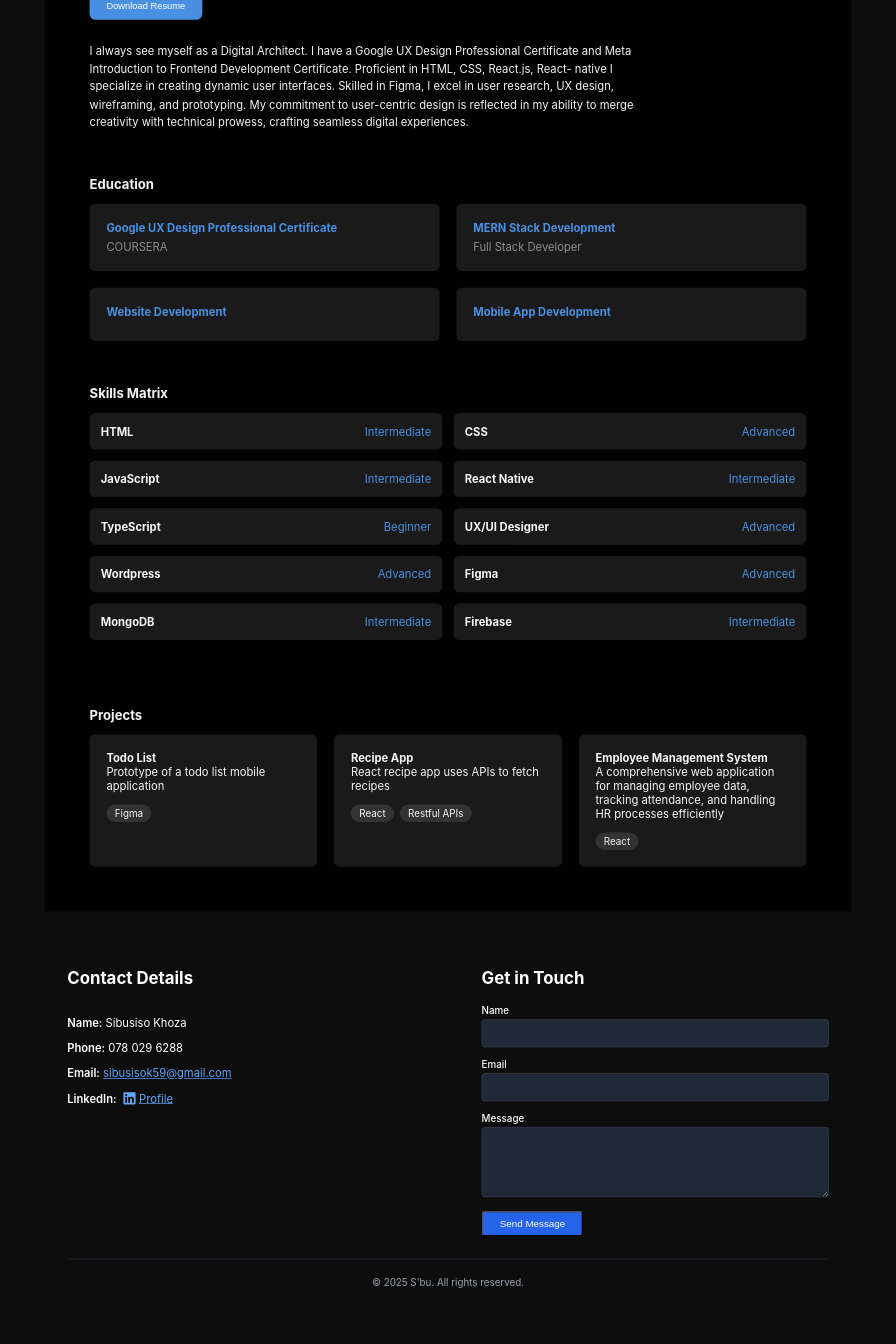
Repository: SbuKhoza/portfolio
Page: /
An editor plug-in stored every save of this project. The page is shown before and after a run of saves, followed by the edit.
The browser window is 1280 px wide. The pictures show the part of the page from y = 653 to 2573 px (the page is 2573 px tall), at 70% of full size.
The project was rebuilt for these pictures with package versions that can differ from the ones it lists, and the page was loaded fresh each time. Also part of the build but not shown: src/pages/About.js, src/pages/Portfolio.js. Imported but missing from the stored project, and not drawn on this page: src/assets/SibusisoKhozaResume.pdf.

Above is the page before, as saved 2025-02-06 14:25:17.

### src/pages/Home.js
import React from 'react'
// import Navbar from '../components/Navbar'
import Bodysection from '../components/Bodysection'
import './Home.css';
import Footer from '../components/Footer';


function Home() {
  return (
    <div className='maincontainer'>

        <Bodysection/>
        <Footer/>

    </div>
  )
}

export default Home

### src/components/Navbar.js
import React, { useState } from 'react';
import { Link } from 'react-router-dom';
import './Nav.css';

function Navbar() {
  const [isMenuOpen, setIsMenuOpen] = useState(false);

  const toggleMenu = () => {
    setIsMenuOpen(!isMenuOpen);
  };

  return (
    <div className='navbar'>
      <nav>
        <div className='logo'>
          <img src='logo.png' alt='My Logo' />
        </div>

        <div className='menu-icon' onClick={toggleMenu}>
          {isMenuOpen ? '✕' : '☰'}
        </div>

        <ul className={`links ${isMenuOpen ? 'active' : ''}`}>
          <li><Link to="/" onClick={() => setIsMenuOpen(false)}>Home</Link></li>
          {/* <li><Link to="/about" onClick={() => setIsMenuOpen(false)}>About</Link></li> */}
          <li><Link to="/portfolio" onClick={() => setIsMenuOpen(false)}>Portfolio</Link></li>
        </ul>

        <div className='contact'>
          Contact
        </div>
      </nav>
    </div>
  );
}

export default Navbar;

### src/App.css
body {

  background-color: #0d0d0d;

}

### src/components/Bodysection.js
import React from 'react';
import './Body.css';
import profileImage from '../assets/Sibusiso.png';

function Bodysection() {
  const handleDownloadResume = () => {
    const resumeContent = `
      S'bu - Fullstack Web & Mobile Developer

      EDUCATION
      - Google UX Design Professional Certificate (COURSERA)
      - MERN Stack Developer
      - Website Developer
      - Mobile App Developer

      SKILLS
      Design Tools: Figma, Design Thinking, UX Research, Wireframing, Prototyping
      Development: HTML, CSS, JavaScript, React.js, React Native, MongoDB, Firebase
      Specialties: UX Designer, Website Developer, Mobile and WebApp Developer
    `;

    const blob = new Blob([resumeContent], { type: 'text/plain' });
    const url = window.URL.createObjectURL(blob);
    const link = document.createElement('a');
    link.href = url;
    link.download = 'SibusisoKhozaResume.pdf';
    document.body.appendChild(link);
    link.click();
    document.body.removeChild(link);
    window.URL.revokeObjectURL(url);
  };

  return (
    <div className="container">
      <div className="typography">

        <div className='top-row'>
          <div className="text-content">
            <div className="text-content-wrapper">
              <span id="greeting">Hello,</span>
              <h1 id="myname">I'm S'bu</h1>
              <h2 id="j-title">Fullstack Web & Mobile Developer</h2>
            </div>
          </div>

          <div className="picture">
            <img
              src={profileImage}
              alt="Profile"
              className="profileimage"
            />
          </div>
        </div>

        <button className="download-btn" onClick={handleDownloadResume}>
          Download Resume
        </button>

        <p className="bio-text">
          I always see myself as a Digital Architect. I have a
          Google UX Design Professional Certificate and
          Meta Introduction to Frontend Development
          Certificate. Proficient in HTML, CSS, React.js, React-
          native I specialize in creating dynamic user
          interfaces. Skilled in Figma, I excel in user research,
          UX design, wireframing, and prototyping. My
          commitment to user-centric design is reflected in
          my ability to merge creativity with technical
          prowess, crafting seamless digital experiences.
        </p>

        <div className="education-section">
          <h3>Education</h3>
          <div className="education-grid">
            <div className="education-item">
              <h4>Google UX Design Professional Certificate</h4>
              <p>COURSERA</p>
            </div>
            <div className="education-item">
              <h4>MERN Stack Development</h4>
              <p>Full Stack Developer</p>
            </div>
            <div className="education-item">
              <h4>Website Development</h4>
            </div>
            <div className="education-item">
              <h4>Mobile App Development</h4>
            </div>
          </div>
        </div>

      </div>

      <div className="content-row">
        <div className="skills-section">
          <h3>Skills Matrix</h3>
          <div className="skills-grid">
            {[
              { skill: 'HTML', level: 'Intermediate' },
              { skill: 'CSS', level: 'Advanced' },
              { skill: 'JavaScript', level: 'Intermediate' },
              { skill: 'React Native', level: 'Intermediate' },
              { skill: 'TypeScript', level: 'Beginner' },
              { skill: 'UX/UI Designer', level: 'Advanced' },
              { skill: 'Wordpress', level: 'Advanced' },
              { skill: 'Figma', level: 'Advanced' },
              { skill: 'MongoDB', level: 'Intermediate' },
              { skill: 'Firebase', level: 'Intermediate' }
            ].map((item, index) => (
              <div key={index} className="skill-item">
                <span className="skill-name">{item.skill}</span>
                <span className="skill-level">{item.level}</span>
              </div>
            ))}
          </div>
        </div>

        <div className="projects-section">
          <h3>Projects</h3>
          <div className="projects-grid">
            {[
              {
                title: 'Todo List',
                description: 'Prototype of a todo list mobile application',
                techStack: ['Figma']
              },
              {
                title: 'Recipe App',
                description: 'React recipe app uses APIs to fetch recipes',
                techStack: ['React', 'Restful APIs']
              },
              {
                title: 'Employee Management System',
                description: 'A comprehensive web application for managing employee data, tracking attendance, and handling HR processes efficiently',
                techStack: ['React']
              }
            ].map((project) => (
              <div key={project.title} className="project-card">
                <h4>{project.title}</h4>
                <p>{project.description}</p>
                <div className="tech-stack">
                  {project.techStack.map((tech, index) => (
                    <span key={index}>{tech}</span>
                  ))}
                </div>
              </div>
            ))}
          </div>
        </div>
      </div>
    </div>
  );
}

export default Bodysection;

### src/pages/Home.css
.maincontainer {
    padding-top: 4rem;
    display: flex;
    flex-direction: column;
    justify-content: center;
    width: 100%;

}

### src/components/Footer.js
import React, { useState } from 'react';
import { FaLinkedin } from 'react-icons/fa';
import './Footer.css';

function Footer() {
  const [formData, setFormData] = useState({
    name: '',
    email: '',
    message: ''
  });

  const handleChange = (e) => {
    setFormData({
      ...formData,
      [e.target.name]: e.target.value
    });
  };

  const handleSubmit = (e) => {
    e.preventDefault();
    // Handle form submission logic here
    console.log('Form submitted:', formData);
  };

  return (
    <footer className="footer">
      <div className="footer-container">
        <div className="footer-grid">
          {/* Contact Details Section */}
          <div className="contact-details">
            <h2 className="section-title">Contact Details</h2>
            <div className="contact-info">
              <p><span className="label">Name:</span> Sibusiso Khoza</p>
              <p><span className="label">Phone:</span> 078 029 6288</p>
              <p><span className="label">Email:</span> <a href="mailto:sibusisok59@gmail.com" className="link">sibusisok59@gmail.com</a></p>
              <div className="social-link">
                <span className="label">LinkedIn:</span>
                <a
                  href="https://linkedin.com/in/your-profile"
                  target="_blank"
                  rel="noopener noreferrer"
                  className="link social-icon"
                >
                  <FaLinkedin className="icon" />
                  Profile
                </a>
              </div>
            </div>
          </div>

          {/* Contact Form Section */}
          <div className="contact-form">
            <h2 className="section-title">Get in Touch</h2>
            <form onSubmit={handleSubmit}>
              <div className="form-group">
                <label htmlFor="name" className="form-label">
                  Name
                </label>
                <input
                  type="text"
                  id="name"
                  name="name"
                  value={formData.name}
                  onChange={handleChange}
                  required
                  className="form-input"
                />
              </div>

              <div className="form-group">
                <label htmlFor="email" className="form-label">
                  Email
                </label>
                <input
                  type="email"
                  id="email"
                  name="email"
                  value={formData.email}
                  onChange={handleChange}
                  required
                  className="form-input"
                />
              </div>

              <div className="form-group">
                <label htmlFor="message" className="form-label">
                  Message
                </label>
                <textarea
                  id="message"
                  name="message"
                  value={formData.message}
                  onChange={handleChange}
                  required
                  rows="4"
                  className="form-input"
                ></textarea>
              </div>

              <button type="submit" className="submit-button">
                Send Message
              </button>
            </form>
          </div>
        </div>

        <div className="footer-copyright">
          <p>&copy; {new Date().getFullYear()} S'bu. All rights reserved.</p>
        </div>
      </div>
    </footer>
  );
}

export default Footer;

### src/components/Body.css
.container {
    display: flex;
    flex-wrap: wrap;
    width: 90%;
    justify-content: space-between;
    background-color: #020202;
    min-height: 100vh;
    margin: 0 auto;
    padding: 2rem;
    align-items: flex-start;
}

.typography {
    display: flex;
    flex-direction: column;
    width: 100%;
    justify-content: flex-start;
    align-items: flex-start;
    color: whitesmoke;
    padding: 2rem;
}

.top-row {
    display: flex;
    width: 100%;
    justify-content: space-between;
    align-items: center;
    margin-bottom: 2rem;
    gap: 2rem;
}

.text-content {
    flex: 1;
    display: flex;
    flex-direction: column;
    align-items: flex-start;
    justify-content: center;
    padding-right: 2rem;
}

.text-content-wrapper {
    max-width: 600px;
}

.content-row {
    width: 100%;
    display: flex;
    flex-direction: column;
    gap: 2rem;
    padding: 0 2rem;
    color: whitesmoke;
    align-items: flex-start;
    justify-content: flex-start;
}

#greeting {
    font-size: 2rem;
    color: whitesmoke;
    margin-bottom: 0.5rem;
    display: block;
    line-height: 1.2;
}

#myname {
    font-size: 5rem;
    margin: 0.5rem 0;
    font-weight: bold;
    line-height: 1.1;
}

#j-title {
    font-size: 3rem;
    margin-top: 0.5rem;
    line-height: 1.2;
    color: #4a90e2;
}

.picture {
    flex: 1;
    max-width: 450px;
    min-width: 300px;
    height: 450px;
    display: flex;
    align-items: center;
    justify-content: center;
    padding: 1rem;
}

.profileimage {
    width: 100%;
    height: 100%;
    object-fit: cover;
    border-radius: 50%
}

.bio-text {
    line-height: 1.6;
    margin-bottom: 2rem;
    max-width: 800px;
}

.skills-section {
    width: 100%;
    margin: 0rem 0 2rem;
}

.skills-grid {
    display: grid;
    grid-template-columns: repeat(2, 1fr);
    gap: 1rem;
    margin-top: 1rem;
}

.skill-item {
    background-color: #1a1a1a;
    padding: 1rem;
    border-radius: 8px;
    display: flex;
    justify-content: space-between;
    align-items: center;
}

.skill-name {
    font-weight: bold;
}

.skill-level {
    color: #4a90e2;
}

.projects-section {
    width: 100%;
    margin: 2rem 0;
}

.projects-grid {
    display: grid;
    grid-template-columns: repeat(auto-fit, minmax(250px, 1fr));
    gap: 1.5rem;
    margin-top: 1rem;
}

.project-card {
    background-color: #1a1a1a;
    padding: 1.5rem;
    border-radius: 8px;
    transition: transform 0.3s ease;
}

.project-card:hover {
    transform: translateY(-5px);
}

.tech-stack {
    display: flex;
    gap: 0.5rem;
    margin-top: 1rem;
}

.tech-stack span {
    background-color: #333;
    padding: 0.25rem 0.75rem;
    border-radius: 15px;
    font-size: 0.875rem;
}

.download-btn {
    background-color: #4a90e2;
    color: white;
    padding: 0.75rem 1.5rem;
    border: none;
    border-radius: 8px;
    cursor: pointer;
    margin: 2rem 0;
    transition: background-color 0.3s ease;
}

.download-btn:hover {
    background-color: #357abd;
}

.education-section {
    width: 100%;
    margin: 2rem 0;
}

.education-grid {
    display: grid;
    grid-template-columns: repeat(2, 1fr);
    gap: 1.5rem;
    margin-top: 1rem;
}

.education-item {
    background-color: #1a1a1a;
    padding: 1.5rem;
    border-radius: 8px;
}

.education-item h4 {
    color: #4a90e2;
    margin-bottom: 0.5rem;
}

.education-item p {
    color: #ffffff80;
}

/* Media Queries */
@media (max-width: 768px) {
    .container {
        flex-direction: column;
        width: 100%;
        padding: 1rem;
        margin-top: 4rem;
    }

    .top-row {
        flex-direction: column-reverse;
        align-items: center;
        text-align: center;
        gap: 2rem;
    }

    .text-content {
        padding-right: 0;
        align-items: center;
        text-align: center;
    }

    .text-content-wrapper {
        display: flex;
        flex-direction: column;
        align-items: center;
    }

    .typography {
        width: 100%;
        padding: 1rem;
        text-align: left;
    }

    .picture {
        width: 100%;
        max-width: 350px;
        height: 350px;
        padding: 0;
        margin-bottom: 1rem;
    }

    #myname {
        font-size: 3.5rem;
    }

    #j-title {
        font-size: 2rem;
        text-align: center;
    }

    #greeting {
        font-size: 1.5rem;
        text-align: center;
    }

    .education-grid {
        grid-template-columns: 1fr;
    }

    .education-item {
        padding: 1rem;
    }

    .skills-section {
        margin: 4rem 0 2rem;
    }

    .skills-grid {
        grid-template-columns: 1fr;
        gap: 0.75rem;
    }

    .projects-section {
        margin: 2rem 0;
        padding: 0 0.5rem;
    }

    .projects-grid {
        grid-template-columns: 1fr;
        gap: 1rem;
    }

    .project-card {
        margin: 0;
        padding: 1.25rem;
    }

    .tech-stack {
        flex-wrap: wrap;
        gap: 0.5rem;
    }

    .tech-stack span {
        font-size: 0.75rem;
        padding: 0.2rem 0.5rem;
    }

    .bio-text {
        text-align: center;
    }
}

/* Additional breakpoint for very small screens */
@media (max-width: 480px) {
    .container {
        padding: 0.5rem;
    }

    .typography {
        padding: 0.5rem;
    }

    .picture {
        max-width: 280px;
        height: 280px;
    }

    #myname {
        font-size: 2.5rem;
    }

    #j-title {
        font-size: 1.5rem;
    }

    .project-card {
        padding: 1rem;
    }
}

### src/components/Nav.css
* {
    margin: 0;
    padding: 0;
    box-sizing: border-box;
}

.navbar {
    display: flex;
    width: 100%;
    justify-content: center;
    background-color: #0d0d0d;
    position: absolute;
}

nav {
    display: flex;
    width: 90%;
    justify-content: space-between;
    align-items: center;
    padding-left: 2em;
    padding-right: 2em;
    padding-top: 1.5em;
    background-color: #020202;
}

.links {
    display: flex;
    gap: 2em;
    align-items: center;
    list-style: none;
}

.links a {
    text-decoration: none;
    color: whitesmoke;
    font-size: 1rem;
    transition: color 0.3s ease;
}

.links a:hover {
    color: rgb(49, 48, 61);
}

.logo {
    display: flex;
    align-items: center;
    width: 6%;
    height: auto;
}

.logo img {
    width: 100%;
    height: auto;
    object-fit: contain;
}

.contact {
    display: flex;
    justify-content: center;
    align-items: center;
    width: 15%;
    height: 45px;
    border-radius: 10px;
    background-color: whitesmoke;
    color: black;
    font-weight: bold;
    cursor: pointer;
    transition: background-color 0.3s ease;
}

.contact:hover {
    background-color: aqua;
}

.menu-icon {
    display: none;
    cursor: pointer;
    font-size: 1.5rem;
    color: whitesmoke;
}

/* Responsive Design */
@media (max-width: 768px) {
    nav {
        padding: 1em 2em;
    }

    .menu-icon {
        display: block;
        position: absolute;
        right: 2em;
        top: 1.5em;
    }

    .links {
        display: none;
        position: absolute;
        top: 100%;
        left: 0;
        width: 100%;
        background-color: #0d0d0d;
        padding: 1em 0;
        text-align: center;
        flex-direction: column;
        gap: 1em;
    }

    .links.active {
        display: flex;
    }

    .logo {
        width: 15%;
    }

    .contact {
        display: none;
    }
}

### src/components/Footer.css
.footer {
    background-color: #0d0d0d;
    color: white;
    padding: 2rem 1rem;
    width: 100%;
  }

  .footer-container {
    width: 100%;
    max-width: 72rem;
    margin: 0 auto;
    padding: 0 1rem;
  }

  .footer-grid {
    display: grid;
    gap: 2rem;
    grid-template-columns: 1fr;
  }

  .contact-details {
    display: flex;
    flex-direction: column;
    gap: 1rem;
  }

  .section-title {
    font-size: 1.25rem;
    font-weight: bold;
    margin-bottom: 1rem;
  }

  .contact-info {
    display: flex;
    flex-direction: column;
    gap: 0.75rem;
  }

  .label {
    font-weight: 600;
  }

  .link {
    color: #60A5FA;
    transition: color 0.3s;
    word-break: break-word; /* Prevent email overflow */
  }

  .link:hover {
    color: #93C5FD;
  }

  .social-link {
    display: flex;
    align-items: center;
    gap: 0.5rem;
    flex-wrap: wrap; /* Allow wrapping on very small screens */
  }

  .social-icon {
    display: flex;
    align-items: center;
  }

  .icon {
    width: 1.25rem;
    height: 1.25rem;
    margin-right: 0.25rem;
  }

  /* Form styles */
  .contact-form {
    display: flex;
    flex-direction: column;
    width: 100%;
  }

  .form-group {
    margin-bottom: 1rem;
  }

  .form-label {
    display: block;
    font-size: 0.875rem;
    font-weight: 500;
    margin-bottom: 0.25rem;
  }

  .form-input {
    width: 100%;
    padding: 0.5rem;
    border-radius: 0.25rem;
    background-color: #1F2937;
    border: 1px solid #374151;
    outline: none;
    font-size: 0.875rem;
  }

  .form-input:focus {
    border-color: #3B82F6;
  }

  textarea.form-input {
    min-height: 100px;
    resize: vertical;
  }

  .submit-button {
    background-color: #2563EB;
    color: white;
    padding: 0.5rem 1rem;
    border-radius: 0.25rem;
    transition: all 0.3s;
    font-size: 0.875rem;
    width: 100%; /* Full width on mobile */
  }

  .submit-button:hover {
    background-color: #1D4ED8;
  }

  .footer-copyright {
    margin-top: 2rem;
    padding-top: 1.5rem;
    border-top: 1px solid #1F2937;
    text-align: center;
    color: #9CA3AF;
    font-size: 0.875rem;
  }

  /* Small devices (landscape phones, 576px and up) */
  @media (min-width: 576px) {
    .footer {
      padding: 2.5rem 1.5rem;
    }

    .submit-button {
      width: auto; /* Reset button width */
      padding: 0.5rem 1.5rem;
    }
  }

  /* Medium devices (tablets, 768px and up) */
  @media (min-width: 768px) {
    .footer {
      padding: 3rem 2rem;
    }

    .footer-grid {
      grid-template-columns: repeat(2, 1fr);
      gap: 3rem;
    }

    .section-title {
      font-size: 1.5rem;
      margin-bottom: 1.5rem;
    }

    .form-input {
      padding: 0.625rem 1rem;
      font-size: 1rem;
    }
  }

  /* Large devices (desktops, 992px and up) */
  @media (min-width: 992px) {
    .footer {
      padding: 4rem 2rem;
    }

    .footer-grid {
      gap: 4rem;
    }

    .footer-container {
      padding: 0 2rem;
    }

    .contact-info {
      gap: 1rem;
    }
  }

  /* Extra large devices (large desktops, 1200px and up) */
  @media (min-width: 1200px) {
    .footer {
      padding: 5rem 2rem;
    }

    .footer-grid {
      gap: 6rem;
    }
  }

  /* Hover states - only apply on devices that support hover */
  @media (hover: hover) {
    .submit-button:hover {
      transform: translateY(-1px);
      box-shadow: 0 4px 6px rgba(0, 0, 0, 0.1);
    }

    .link:hover {
      text-decoration: underline;
    }
  }

  /* Dark mode support */
  @media (prefers-color-scheme: dark) {
    .form-input {
      background-color: #1F2937;
      border-color: #374151;
    }

    .form-input:focus {
      border-color: #3B82F6;
      box-shadow: 0 0 0 2px rgba(59, 130, 246, 0.1);
    }
  }

  /* Reduce motion if user prefers */
  @media (prefers-reduced-motion: reduce) {
    .submit-button, .link {
      transition: none;
    }
  }

  /* Print styles */
  @media print {
    .footer {
      background-color: white;
      color: black;
      padding: 1rem;
    }

    .submit-button {
      display: none;
    }

    .footer-copyright {
      border-top-color: #ddd;
    }
  }

Loaded but not shown: public/index.html (common file); src/index.js (common file); src/index.css (common file); src/App.js (common file); src/reportWebVitals.js (common file)

After the next 3 saves:
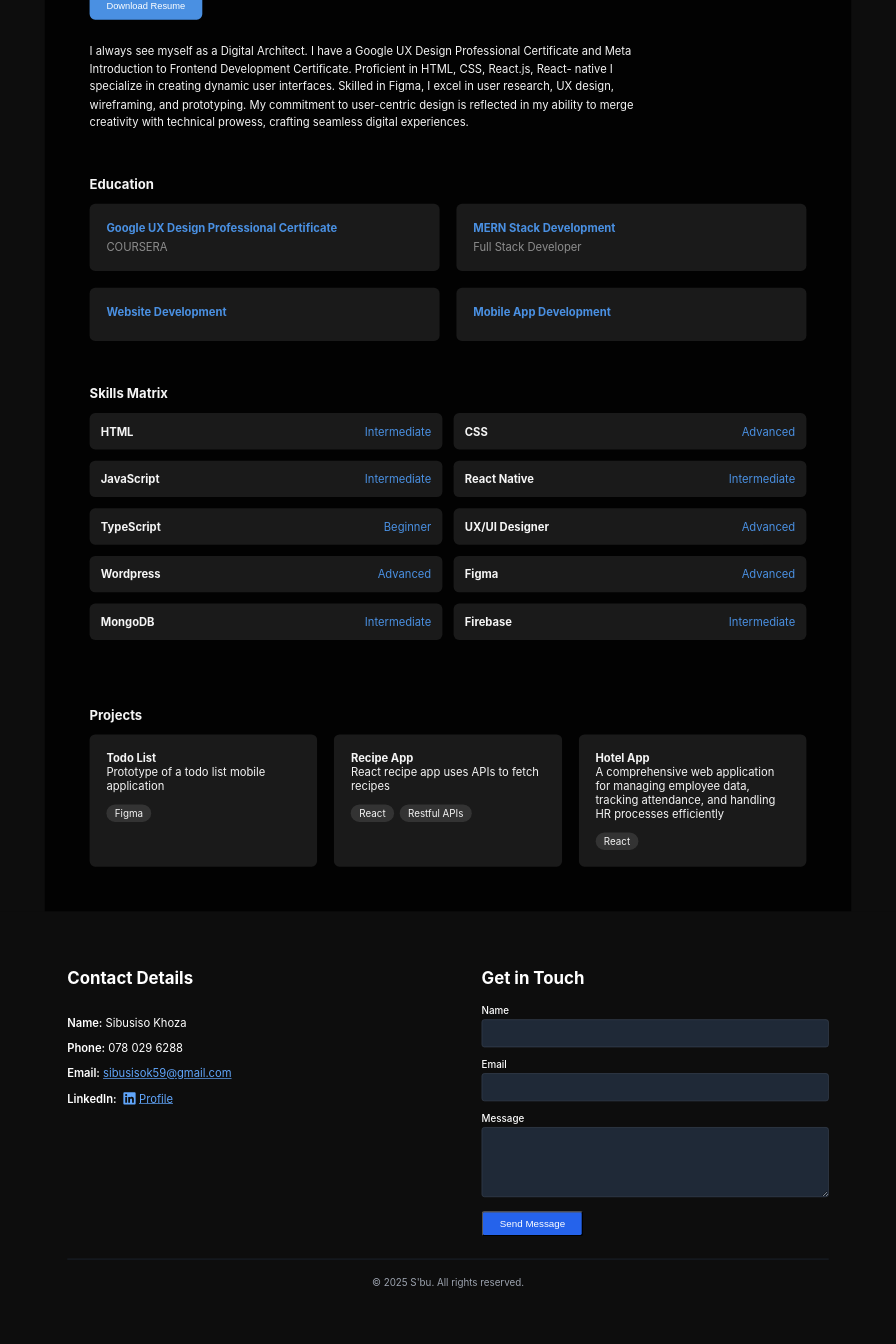
The 3 saves are shown as one change because they came seconds apart.
The last was saved 7 min 47 s later.
--- a/src/components/Bodysection.js
+++ b/src/components/Bodysection.js
@@ -130,7 +130,7 @@ function Bodysection() {
                 techStack: ['React', 'Restful APIs']
               },
               {
-                title: 'Employee Management System',
+                title: 'Hotel App',
                 description: 'A comprehensive web application for managing employee data, tracking attendance, and handling HR processes efficiently',
                 techStack: ['React']
               }
